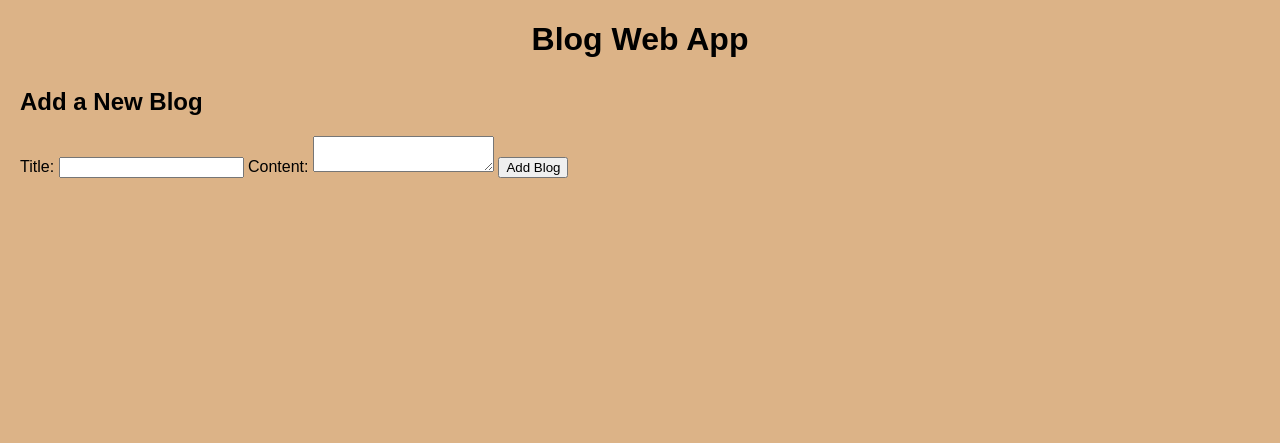
Repository: punitbathija/Placement-Assitance-iNeuron
Page: blogApp/index.html
These files come from the project's save history. The page is drawn as it stood at one moment and after a run of saves; the edit follows.
The browser window is 1280 px wide. The pictures show the whole page.
The page's requests for data from a server got no answer.

Above is the page before, as saved 2023-05-31 16:09:16.

### blogApp/index.html
<!DOCTYPE html>
<html>
  <head>
    <title>Blog Web App</title>
    <link rel="stylesheet" type="text/css" href="style.css" />
  </head>
  <body>
    <h1>Blog Web App</h1>
    <div id="blogContainer"></div>

    <form id="addBlogForm">
      <h2>Add a New Blog</h2>
      <label for="title">Title:</label>
      <input type="text" id="title" required />
      <label for="body">Content:</label>
      <textarea id="body" required></textarea>
      <button type="submit">Add Blog</button>
    </form>

    <script src="logic.js"></script>
  </body>
</html>

### blogApp/style.css
body {
    font-family: Arial, sans-serif;
    margin: 20px;
    background-color: #dcb387;

}

h1 {
    text-align: center;
}

h2 {
    margin-top: 20px;
}

#blogContainer {
  background-color: #ef5d58;
    margin-top: 30px;
}

.blog {
    border: 1px solid #ccc;
    border-radius: 5px;
    padding: 10px;
    margin-bottom: 10px;
}

.blog h3 {
    margin-top: 0;
}

.blog p {
    margin-bottom: 0;
}

#addBlogForm {
    margin-top: 30px;
}

### blogApp/logic.js
const blogContainer = document.getElementById("blogContainer");
const addBlogForm = document.getElementById("addBlogForm");

// Fetch data from API and display in UI
fetch("https://jsonplaceholder.typicode.com/posts")
  .then((response) => response.json())
  .then((data) => {
    data.forEach((post) => {
      createBlogPost(post);
    });
  });

// Create a new blog post
function createBlogPost(post) {
  const blogDiv = document.createElement("div");
  blogDiv.classList.add("blog");

  const title = document.createElement("h3");
  title.innerText = post.title;

  const body = document.createElement("p");
  body.innerText = post.body;

  const deleteBtn = document.createElement("button");
  deleteBtn.innerText = "Delete";
  deleteBtn.addEventListener("click", () => {
    deleteBlogPost(post.id);
  });

  blogDiv.appendChild(title);
  blogDiv.appendChild(body);
  blogDiv.appendChild(deleteBtn);

  blogContainer.appendChild(blogDiv);
}

// Add event listener to the form submission
addBlogForm.addEventListener("submit", (e) => {
  e.preventDefault();

  const titleInput = document.getElementById("title");
  const bodyInput = document.getElementById("body");

  const newPost = {
    title: titleInput.value,
    body: bodyInput.value,
  };

  createBlogPost(newPost);

  titleInput.value = "";
  bodyInput.value = "";
});

// Delete a blog post
function deleteBlogPost(id) {
  const postDiv = document.getElementById(id);
  if (postDiv) {
    postDiv.remove();
  }
}

After the next 2 saves:
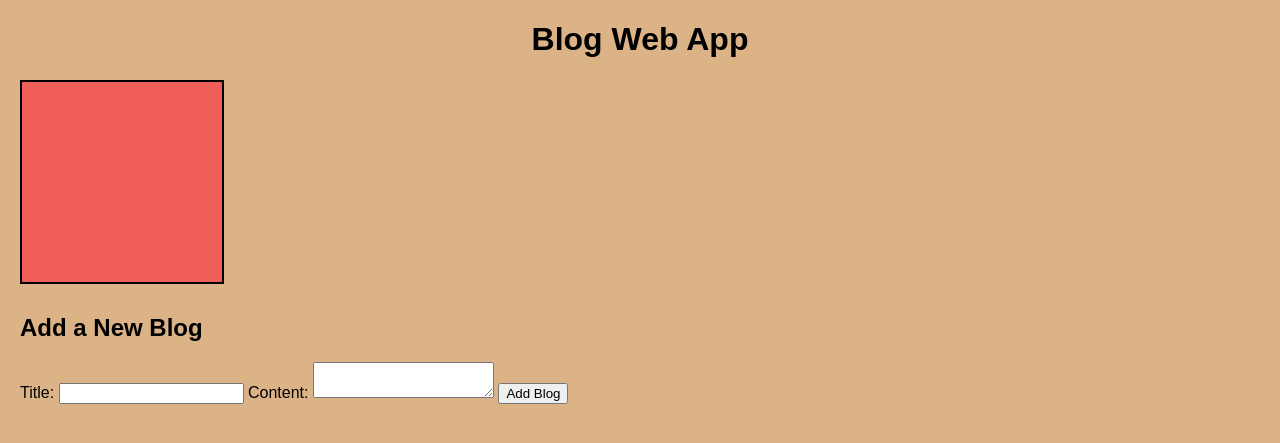
The 2 saves are shown as one change because they came seconds apart.
The last was saved 14 s later.
--- a/blogApp/style.css
+++ b/blogApp/style.css
@@ -14,8 +14,11 @@ h2 {
 }
 
 #blogContainer {
-  background-color: #ef5d58;
-    margin-top: 30px;
+    border: 2px solid black;
+    height: 200px;
+    width: 200px;
+    background-color: #ef5d58;
+    gap: 30px;
 }
 
 .blog {
